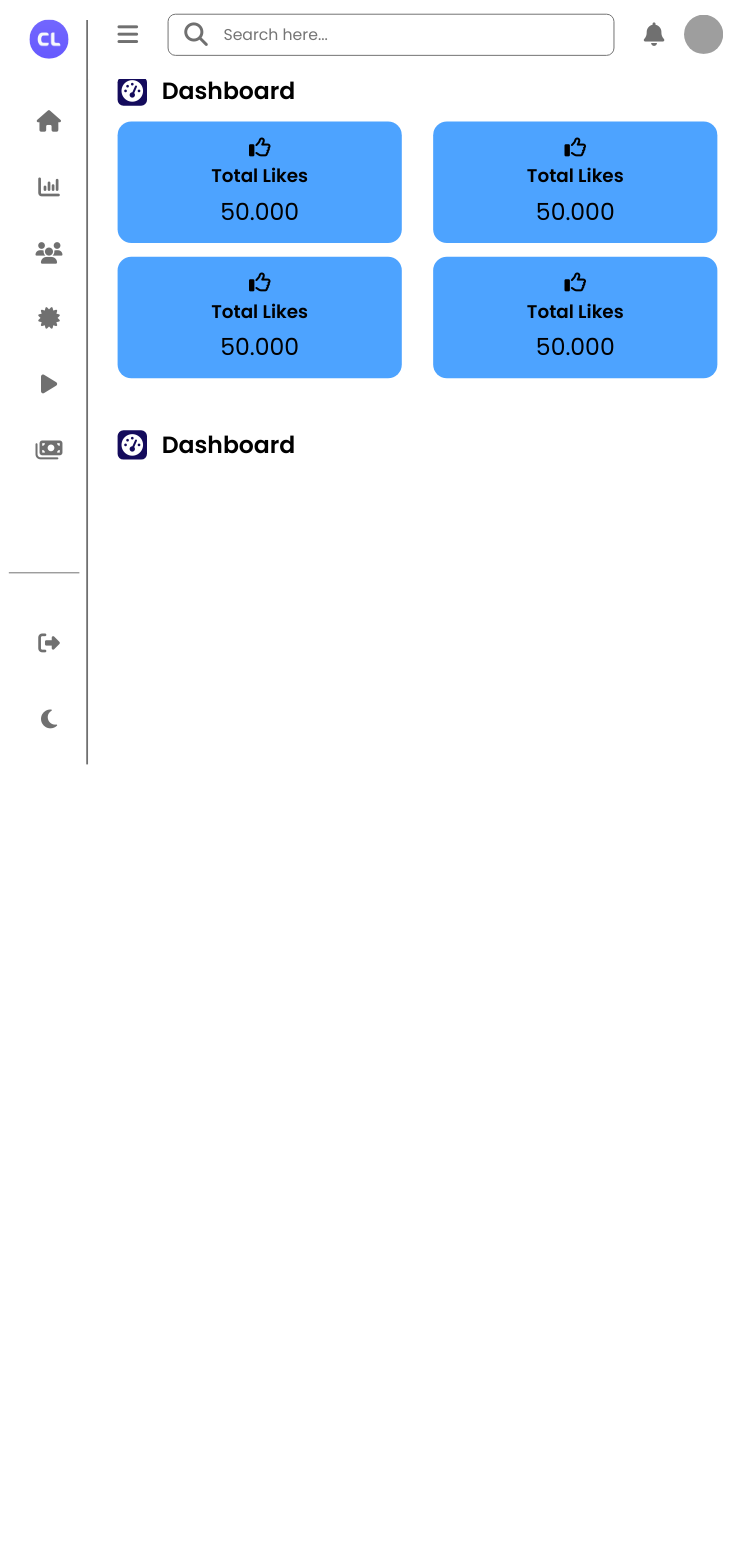
Repository: phamngocthang/practice-html-css
Page: Admin/dist/index.html
These files come from the project's save history. The page is drawn as it stood at one moment and after the next save; the edit follows.
The browser window is 768 px wide. The pictures show the whole page, at 98% of full size.
Pictures or frames that could not be fetched are drawn as grey boxes. The style sheet was rebuilt from its Sass, Less or Tailwind sources for each picture, by a compiler version that may differ from the author's.

Above is the page before, as saved 2023-10-26 10:43:17.

### Admin/dist/index.html
<!DOCTYPE html>
<html lang="en">
<head>
    <meta charset="UTF-8">
    <meta name="viewport" content="width=device-width, initial-scale=1.0">
    <title>Document</title>
    <link rel="stylesheet" href="style/main.css">
    <link rel="stylesheet" href="https://cdnjs.cloudflare.com/ajax/libs/font-awesome/6.4.2/css/all.min.css" integrity="sha512-z3gLpd7yknf1YoNbCzqRKc4qyor8gaKU1qmn+CShxbuBusANI9QpRohGBreCFkKxLhei6S9CQXFEbbKuqLg0DA==" crossorigin="anonymous" referrerpolicy="no-referrer" />
</head>
<body>
    <nav>
        <div class="logo">
            <div class="logo__image">
                <img src="/Images/logo.png" alt="">
            </div>

            <span class="logo__name">
                E-LEARNING
            </span>
        </div>

        <div class="menu">
            <ul class="menu__link">
                <li class="menu__link__item"><a href="#">
                    <i class="fa-solid fa-house"></i>
                    <span>Dashboard</span>
                </a></li>
                <li class="menu__link__item"><a href="#">
                    <i class="fa-solid fa-chart-column"></i>
                    <span>Analytics</span>
                </a></li>
                <li class="menu__link__item"><a href="#">
                    <i class="fa-solid fa-users"></i>
                    <span>Users</span>
                </a></li>
                <li class="menu__link__item"><a href="#">
                    <i class="fa-solid fa-certificate"></i>
                    <span>Category</span>
                </a></li>
                <li class="menu__link__item"><a href="#">
                    <i class="fa-solid fa-play"></i>
                    <span>Courses</span>
                </a></li>
                <li class="menu__link__item"><a href="#">
                    <i class="fa-solid fa-money-bills"></i>
                    <span>Profit</span>
                </a></li>
            </ul>

            <ul class="menu__link">
                <li class="menu__link__item"><a href="#">
                    <i class="fa-solid fa-right-from-bracket"></i>
                    <span>Logout</span>
                </a></li>

                <li class="menu__link__item menu__link__item--darkmode"><a href="#">
                        <i class="fa-solid fa-moon"></i>
                        <span>Dark Mode</span>
                        <div class="menu__toggle">
                            <span class="menu__switch"></span>
                        </div>
                    </a>
                </li>
            </ul>
        </div>
    </nav>

    <section class="dashboard">
        <div class="top">
            <i class="fa-solid fa-bars top__bar"></i>
            <div class="top__search-box">
                <i class="fa-solid fa-magnifying-glass"></i>
                <input type="text" placeholder="Search here...">
            </div>
            <div class="top__image">
                <i class="fa-solid fa-bell bell"></i>
                <img src="/Images/avatar.jpg" alt="">
            </div>
        </div>

        <div class="content">
            <div class="overview">
                <div class="title">
                    <div class="title__logo">
                        <i class="fa-solid fa-gauge-high"></i>
                    </div>
                    <h1 class="title__name">Dashboard</h1>
                </div>

                <div class="data">
                    <div class="data__box">
                        <i class="fa-regular fa-thumbs-up data__box__icon"></i>
                        <h3 class="data__box__title">Total Likes</h3>
                        <span class="data__box__number">50.000</span>
                    </div>
                    <div class="data__box">
                        <i class="fa-regular fa-thumbs-up data__box__icon"></i>
                        <h3 class="data__box__title">Total Likes</h3>
                        <span class="data__box__number">50.000</span>
                    </div>
                    <div class="data__box">
                        <i class="fa-regular fa-thumbs-up data__box__icon"></i>
                        <h3 class="data__box__title">Total Likes</h3>
                        <span class="data__box__number">50.000</span>
                    </div>
                    <div class="data__box">
                        <i class="fa-regular fa-thumbs-up data__box__icon"></i>
                        <h3 class="data__box__title">Total Likes</h3>
                        <span class="data__box__number">50.000</span>
                    </div>
                </div>
            </div>

            <div class="activity">
                <div class="title">
                    <div class="title__logo">
                        <i class="fa-solid fa-gauge-high"></i>
                    </div>
                    <h1 class="title__name">Dashboard</h1>
                </div>
            </div>
        </div>
    </section>

    <script src="script.js">

    </script>
</body>
</html>

### Admin/dist/script.js
const body = document.querySelector("body");
const modeTogger = document.querySelector(".menu__toggle");
const sideBar = body.querySelector("nav")
const sideBarToggle = body.querySelector(".top__bar");

modeTogger.addEventListener("click", () => {
    body.classList.toggle("dark")
})

sideBarToggle.addEventListener("click", () => {
    sideBar.classList.toggle("close");
})

### Admin/scss/main.scss
@import url('https://fonts.googleapis.com/css2?family=Poppins:wght@200;300;400;500;600&display=swap');
@import 'variables';
* {
    margin: 0;
    padding: 0;
    box-sizing: border-box;
    font-family: 'Poppins', sans-serif;
}

body {
    --primary-color: #{$primary-color};
    --panel-color: #{$panel-color};
    --text-color: #{$text-color};
    --black-light-color: #{$black-light-color};
    --border-color: #{$border-color};
    --toggle-color: #{$toggle-color};
    --box1-color: #{$box1-color};
    --box2-color: #{$box2-color};
    --box3-color: #{$box3-color};
    --title-icon-color: #{$title-icon-color};
    min-height: 200vh;
    background-color: var(--panel-color);
}

body.dark {
    --primary-color: #3A3B3C;
    --panel-color: #242526;
    --text-color: #FFF;
    --black-light-color: #CCC;
    --border-color: #4D4C4C;
    --toggle-color: #FFF;
    --box1-color: #3A3B3C;
    --box2-color: #3A3B3C;
    --box3-color: #3A3B3C;
    --title-icon-color: #CCC;

    .menu__switch::before {
        left: 20px !important;
    }
}

nav {
    position: fixed;
    width: 230px;
    height: 100%;
    top: 0;
    left: 0;
    background-color: var(--panel-color);
    transition: $tran-05;

    &::after {
        content: '';
        width: 2px;
        height: 95%;
        background-color: var(--black-light-color);
        right: 0;
        top: 50%;
        transform: translateY(-50%);
        position: absolute;
    }

    .logo {
        display: flex;
        align-items: center;
        height: 80px;

        &__image {
            min-width: 45px;
            display: flex;
            align-items: center;
            padding-right: 10px;
            min-width: 80px;
            justify-content: flex-end;

            img {
                width: 40px;
                border-radius: 50%;
                object-fit: cover;
            }

        }

        &__name {
            color: var(--text-color);
            font-weight: 600;
            font-size: 22px;
            flex: 1;
            transition: $tran-05;
            white-space: nowrap;
        }
    }

    .menu {
        height: 100%;
        padding: 10px 0px 30px 20px;
        position: relative;


        &::after {
            content: '';
            left: 50%;
            top: 63%;
            width: 80%;
            height: 0.5px;
            transform: translateX(-50%);
            background-color: var(--black-light-color);
            position: absolute;
        }

        &__link {
            list-style: none;
            display: flex;
            flex-direction: column;
            align-items: flex-start;


            &:nth-child(1) {
                height: 70%;
            }


            &__item {
                padding: 20px 0;

                a {
                    text-decoration: none;
                    color: var(--black-light-color);
                    font-size: 18px;
                    display: flex;
                    align-items: center;
                    position: relative;
                    transition: 0.4 ease all;

                    i {
                        min-width: 60px;
                        text-align: center;
                        font-size: 22px;
                    }

                    span {
                        font-weight: 400;
                        transition: $tran-05;
                        white-space: nowrap;
                    }

                    &:hover {
                        color: var(--primary-color);

                        &::before {
                            content: '';
                            width: 5px;
                            height: 5px;
                            border-radius: 50%;
                            background-color: var(--primary-color);
                            position: absolute;
                            transition: 0.4 ease all;
                        }
                    }
                }
            }

            &__item--darkmode {
                display: flex;
                align-items: center;


                .menu__toggle {
                    height: 50px;
                    min-width: 45px;
                    display: flex;
                    align-items: center;
                    justify-content: center;

                    .menu__switch {
                        display: inline-block;
                        border-radius: 25px;
                        position: relative;
                        height: 22px;
                        width: 40px;
                        background-color: var(--toggle-color);

                        &::before {
                            content: '';
                            width: 15px;
                            height: 15px;
                            position: absolute;
                            background-color: var(--title-icon-color);
                            border-radius: 50%;
                            left: 3px;
                            top: 50%;
                            transform: translateY(-50%);
                            transition: $tran-03;
                        }
                    }
                }
            }
        }
    }


}

nav.close {
    width: 90px;

    .menu__link__item {
        span {
            opacity: 0;
            pointer-events: none;
        }
    }

    .logo__name {
        opacity: 0;
        pointer-events: none;
    }

    & ~ .dashboard {
        left: 90px;
        width: calc(100% - 90px);

        .top {
            left: 90px;
            width: calc(100% - 90px);
        }
    }
}

.dashboard {
    background-color: var(--panel-color);
    width: calc(100% - 230px);
    left: 230px;
    min-height: 100vh;
    position: relative;
    padding: 15px 30px 40px;
    transition: $tran-05;

    .top {
        position: fixed;
        top: 0;
        left: 230px;
        height: 10%;
        display: flex;
        align-items: center;
        justify-content: space-between;
        padding: 30px 30px 40px;
        width: calc(100% - 230px);
        background-color: var(--panel-color);
        transition: $tran-05;

        i {
            font-size: 24px;
            color: var(--black-light-color);
        }

        &__bar {
            cursor: pointer;
        }

        &__search-box {
            flex: 1;
            width: 100%;
            padding: 8px;
            border-radius: 8px;
            border: 0.4px solid var(--black-light-color);
            margin: 0 30px;
            display: flex;
            align-items: center;

            i {
                font-size: 24px;
                padding: 0 16px 0 8px;
                color: var(--black-light-color);
            }

            input {
                font-size: 16px;
                outline: none;
                border: none;
                height: 100%;
                width: 100%;
                background-color: transparent;
                color: var(--text-color);
            }
        }

        &__image {
            display: flex;
            align-items: center;

            .bell {
                cursor: pointer;
                margin-right: 20px;
            }

            img {
                cursor: pointer;
                width: 40px;
                height: 40px;
                object-fit: cover;
                border-radius: 50%;
            }
        }
    }

    .content {
        margin-top: 60px;
            .title {
                display: flex;
                align-items: center;

                &__logo {
                    height: 30px;
                    width: 30px;
                    display: flex;
                    align-items: center;
                    justify-content: center;
                    background-color: var(--primary-color);
                    border-radius: 6px;
                    margin-right: 15px;

                    i {
                        font-size: 22px;
                        color: var(--panel-color);
                    }
                }

                &__name {
                    color: var(--text-color);
                }
            }

            .data {
                display: flex;
                flex-wrap: wrap;
                margin-top: 20px;
                margin-left: -32px;

                &__box {
                    border-radius: 14px;
                    margin-left: 32px;
                    width: calc(100% / 4 - 32px);
                    display: flex;
                    flex-direction: column;
                    align-items: center;
                    background-color: var(--box1-color);
                    color: var(--text-color);
                    padding: 15px 0;

                    &__icon {
                        font-size: 30px;
                    }

                    &__title {
                        margin: 4px 0;
                    }

                    &__number {
                        font-size: 30px;
                    }
                }
            }

            .activity {
                margin-top: 20px;
            }
    }
}


@media (max-width: 1000px) {
    nav {
        width: 90px;

        .menu__link__item {
            span {
                opacity: 0;
                pointer-events: none;
            }
        }

        .logo__name {
            opacity: 0;
            pointer-events: none;
        }

        & ~ .dashboard {
            left: 90px;
            width: calc(100% - 90px);
        }
    }

    .dashboard {
        .top {
            left: 90px;
            width: calc(100% - 90px);
        }
    }
}

@media (max-width: 820px) {
    .dashboard {
        .content {
            .title {
                margin-top: 50px;
            }
            .data {
                margin-top: 0;
                &__box {
                    width: calc(100% / 2 - 35px);
                    margin-top: 14px;

                    &__icon {
                        font-size: 22px;
                    }

                    &__number {
                        font-size: 24px;
                    }
                }

            }

            .activity {
                margin-top: 14px;
            }
        }
    }
}

@media (max-width: 500px) {
    nav {
        .logo {
            &__image {
                min-width: 70px;
            }
        }
        .menu {
            padding-left: 10px;
        }
    }
    .dashboard {
        &::before {
            left: -8px;
        }
        padding-left: 15px;
        padding-right: 15px;
        .top {
            &__bar {
                display: none;
            }

            &__search-box {
                i {
                    display: none;
                }
                padding: 8px 4px;
                margin: 0;
                margin-right: 8px;
            }
        }
        .content {
            margin-top: 70px;
            .data {
                margin-left: -15px;
                &__box {
                    width: calc(100% / 2 - 15px);
                    margin-left: 15px;

                    &__icon {
                        font-size: 16px;
                    }

                    &__title {
                        font-size: 16px;
                    }

                    &__number {
                        font-size: 18px;
                    }
                }

            }

            .activity {
                margin-top: 14px;
            }
        }
    }
}

### Admin/scss/_variables.scss
/* ===== Colors ===== */
// $primary-color: #0E4BF1;
$primary-color: #140B5C;
$panel-color: #FFF;
$text-color: #000;
$black-light-color: #707070;
$border-color: #e6e5e5;
$toggle-color: #DDD;
$box1-color: #4DA3FF;
$box2-color: #FFE6AC;
$box3-color: #E7D1FC;
$title-icon-color: #fff;

/* ====== Transition ====== */
$tran-05: all 0.5s ease;
$tran-03: all 0.3s ease;
$tran-03: all 0.2s ease;

After the next save:
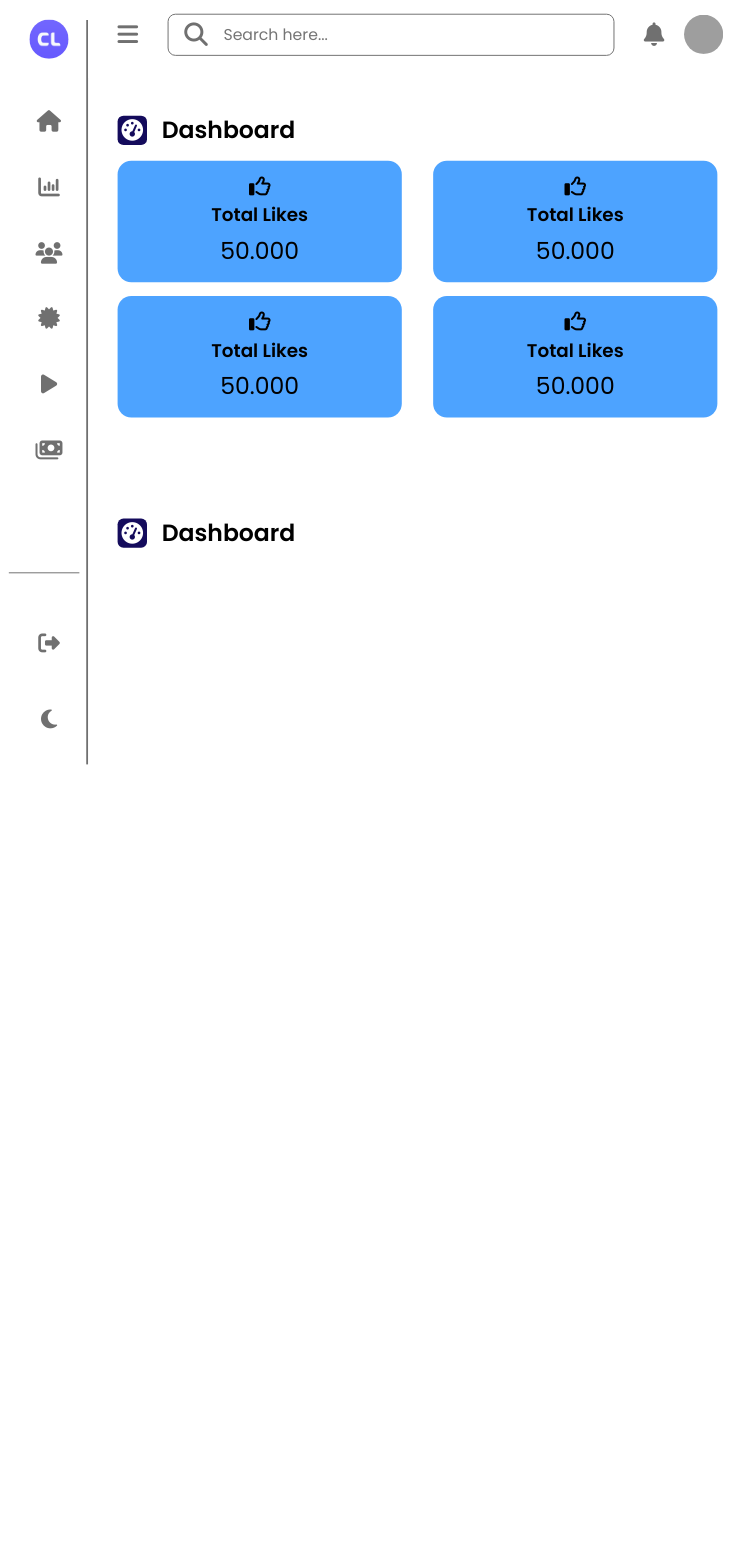
Saved 5 s later.
--- a/Admin/scss/main.scss
+++ b/Admin/scss/main.scss
@@ -402,7 +402,7 @@
     .dashboard {
         .content {
             .title {
-                margin-top: 50px;
+                margin-top: 100px;
             }
             .data {
                 margin-top: 0;

After the 2 saves that followed:
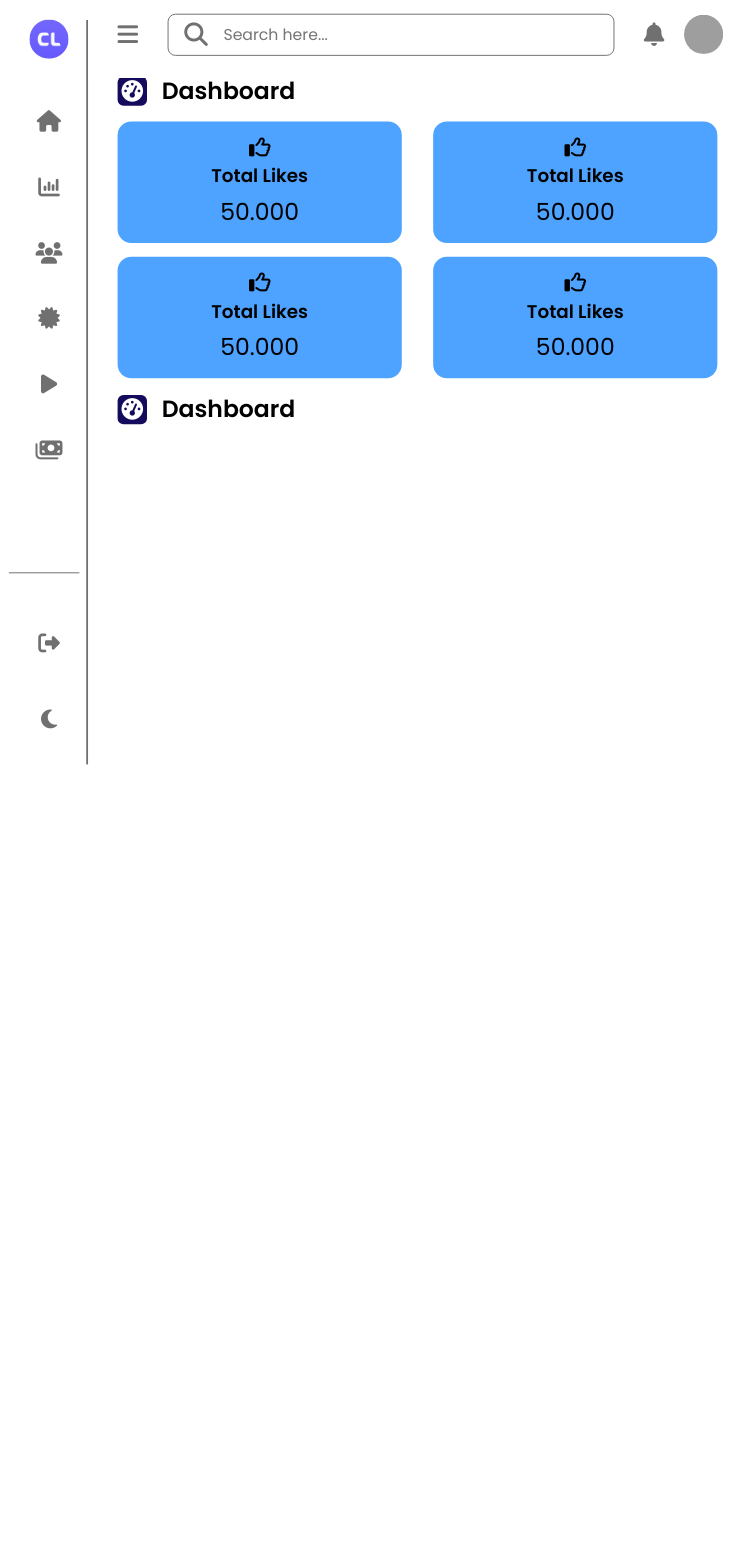
The 2 saves are shown as one change because they came seconds apart.
The last was saved 26 s later.
--- a/Admin/scss/main.scss
+++ b/Admin/scss/main.scss
@@ -401,8 +401,8 @@
 @media (max-width: 820px) {
     .dashboard {
         .content {
-            .title {
-                margin-top: 100px;
+            .overview .title {
+                margin-top: 50px;
             }
             .data {
                 margin-top: 0;
